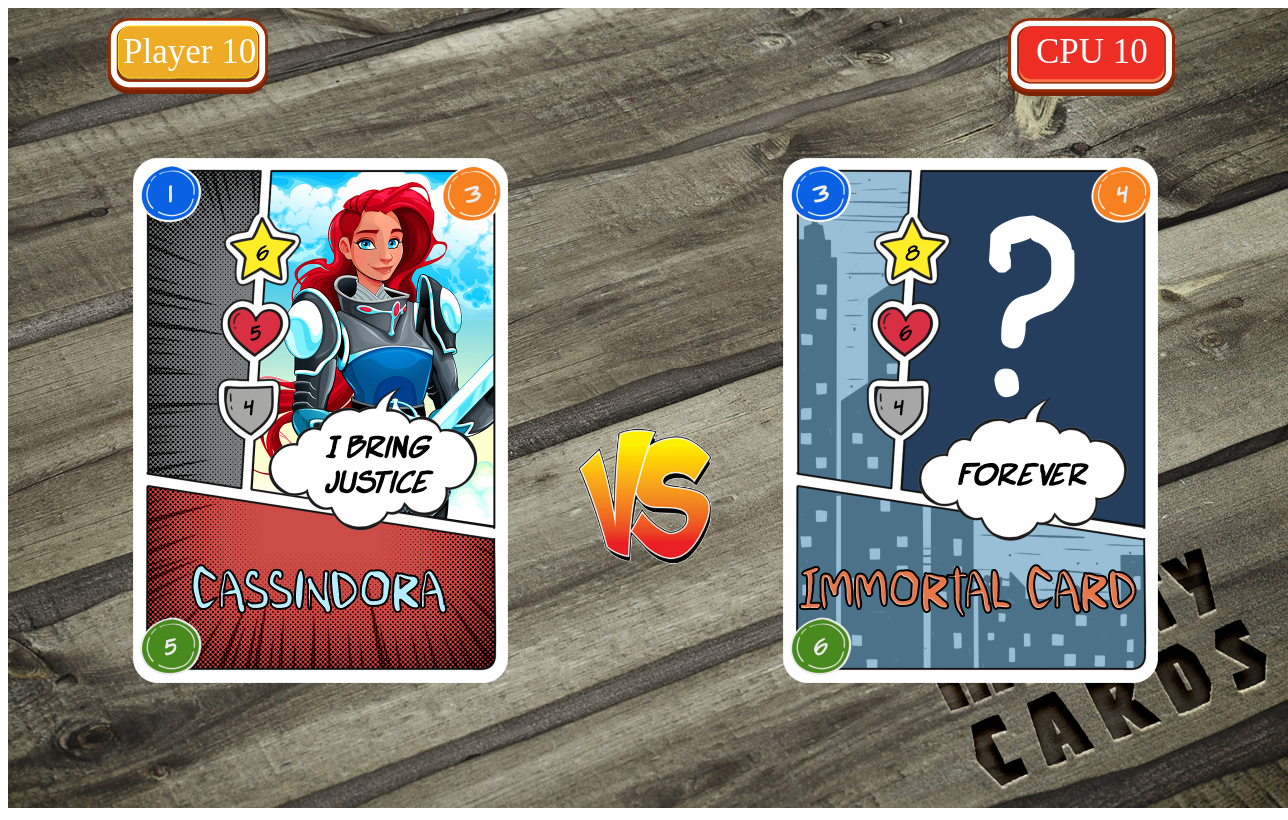
Repository: getvoiceagency/html5
Page: index.html
The author's editor kept a record of every edit. The page is drawn from the files as they stood at one moment, then again after the next edit.
The browser window is 1280 px wide. The page is 1288 px wide, so the pictures cover 1288 px, including what lies to the right of the window. The pictures show the whole page.
Some web libraries are served in a nearby version.

Above is the page before.

After the next edit:
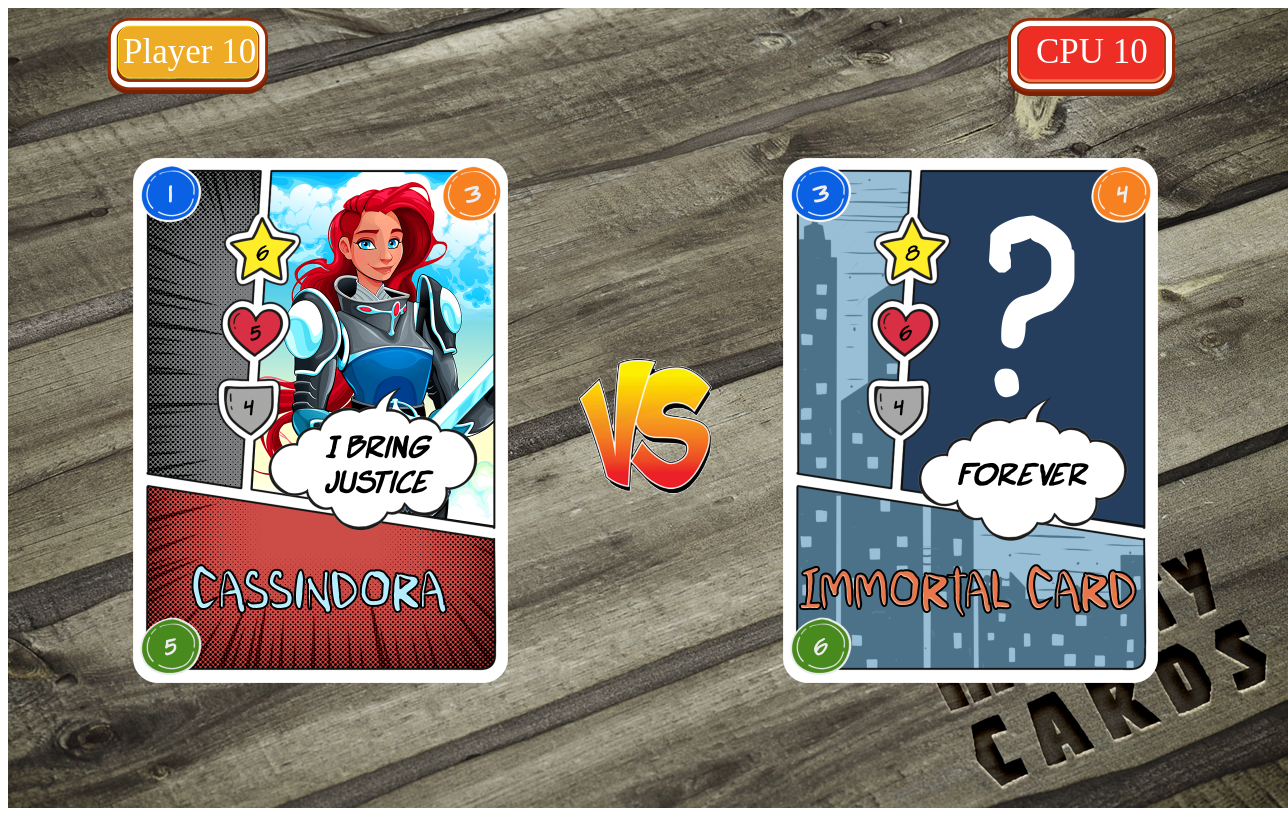
The edit:
--- a/index.html
+++ b/index.html
@@ -161,7 +161,7 @@
 
 //Set VS position
     vs.position.x = 570;
-    vs.position.y = 420;
+    vs.position.y = 350;
     vs.scale.x =0.07;
     vs.scale.y =0.07;
     vs.alpha = 0;
